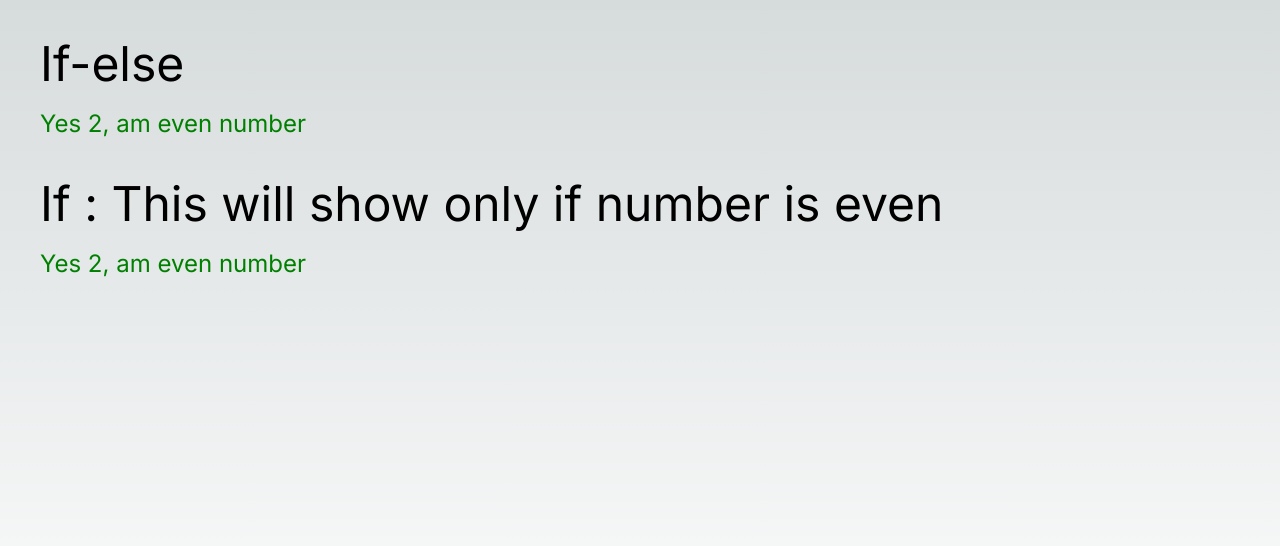
Repository: chapeee/learnNextBella
Page: / (app in basicconcepts/)
The author's editor kept a copy of each file at every save. The page is drawn from the files as they stood at one save, then again after the next save.
The browser window is 1280 px wide. The pictures show the whole page.
The project was rebuilt for these pictures with package versions that can differ from the ones it lists, and the page was loaded fresh each time. The framework's server and built-in components were replaced by stand-ins that run in the browser. Also part of the build but not shown: basicconcepts/next.config.mjs.

Above is the page before, as saved 2024-03-22 21:02:39.

### basicconcepts/src/app/page.tsx
import Image from "next/image";
import ConditionRendering from "./Components/ConditionRendering";

export default function Home() {
  return (
    <main className="min-h-screen p-10">
      {/* Conditional Rendering */}

      <ConditionRendering />

    </main>
  );
}

### basicconcepts/src/app/Components/ConditionRendering.tsx
"use client" //remove use client if you want to see the GOD
import React, { useState, useEffect } from 'react'


export default function ConditionRendering() {
    const [isEvenNumber, setisEvenNumber] = useState<boolean>(false)
    const [numberEvenOrOdd, setnumberEvenOrOdd] = useState<number>(2) // update this number to anything and check the output

    //checing if number if even
    const isNumberEven = () => {
        setisEvenNumber(numberEvenOrOdd % 2 === 0)
    }

    // just using it to run of page load
    useEffect(() => {
        isNumberEven()
    }, [])


    return (
        <div className='container m-auto'>

            <h1 className="text-5xl">If-else</h1>
            <div className="mt-5">
                {
                    //checking condition (if)
                    isEvenNumber ? (
                        <div className='text-[green] text-2xl'>Yes {numberEvenOrOdd}, am even number</div>
                    )
                        // else
                        : (
                            <div className='text-[red] text-2xl'>So sad {numberEvenOrOdd}, am not even number</div>
                        )

                }
            </div>

<div className="mt-10">
<h1 className="text-5xl">If : This will show only if number is even</h1>
            <div className="mt-5">
                {
                    //checking condition (if)
                    isEvenNumber && (
                        <div className='text-[green] text-2xl'>Yes {numberEvenOrOdd}, am even number</div>
                    )

                }
            </div>
</div>



        </div>
    )
}

Loaded but not shown: basicconcepts/src/app/layout.tsx (common file); basicconcepts/src/app/globals.css (common file); basicconcepts/tailwind.config.ts (common file)

After the next save:
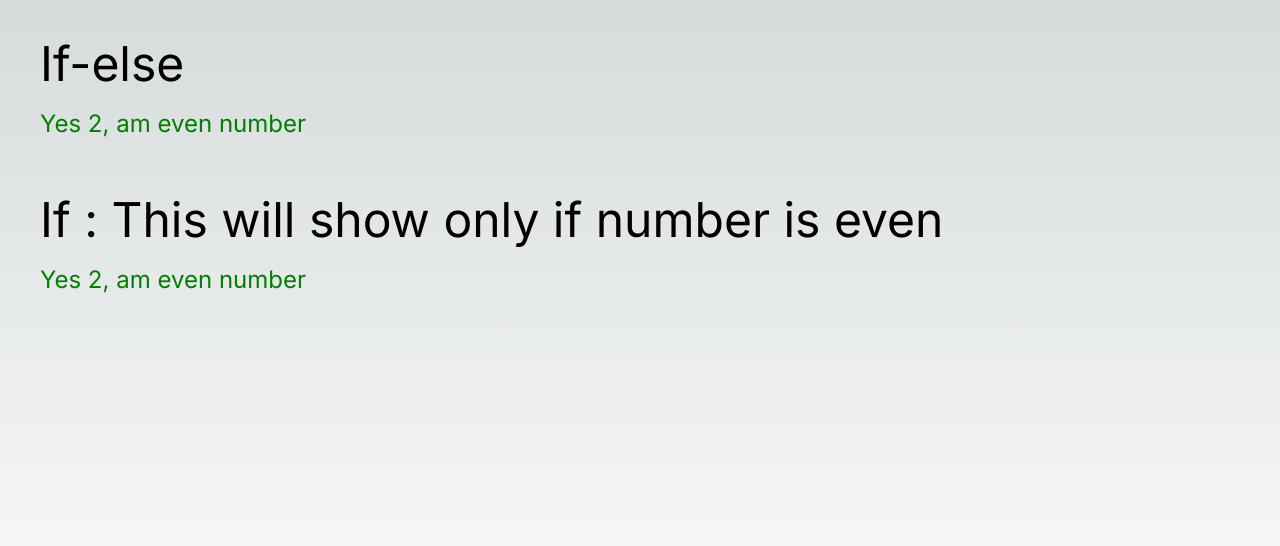
Saved 5 s later.
--- a/basicconcepts/src/app/Components/ConditionRendering.tsx
+++ b/basicconcepts/src/app/Components/ConditionRendering.tsx
@@ -35,7 +35,7 @@ export default function ConditionRendering() {
                 }
             </div>
 
-<div className="mt-10">
+<div className="mt-14">
 <h1 className="text-5xl">If : This will show only if number is even</h1>
             <div className="mt-5">
                 {
